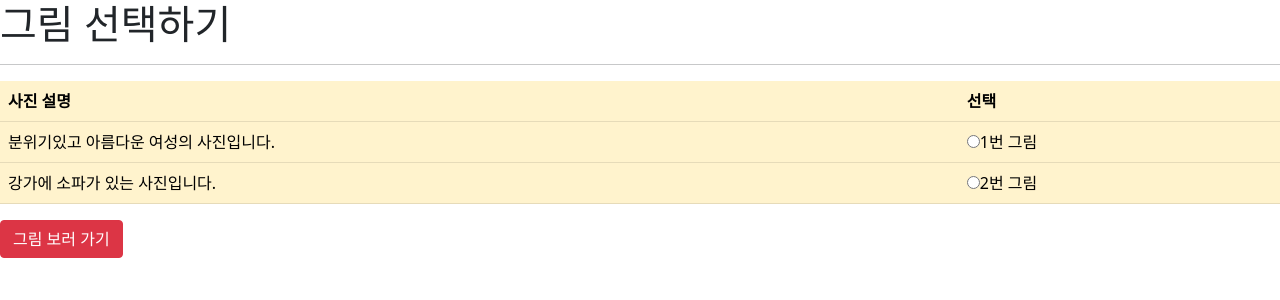
Repository: limbbbyoung/JSP_practice
Page: http://localhost/JSPbasic/jspobject/request/req_photo.jsp
These files come from the project's save history. The page is drawn as it stood at one moment and after the next save; the edit follows.
The browser window is 1280 px wide. The pictures show the whole page.
The page is served by Tomcat 9.

Above is the page before, as saved 2022-03-25 12:49:01.

### JSPbasic/src/main/webapp/jspobject/request/req_photo.jsp
<%@ page language="java" contentType="text/html; charset=UTF-8"
    pageEncoding="UTF-8"%>
<!DOCTYPE html>
<html>
<head>
<link href="https://cdn.jsdelivr.net/npm/bootstrap@5.1.3/dist/css/bootstrap.min.css" rel="stylesheet" integrity="sha384-1BmE4kWBq78iYhFldvKuhfTAU6auU8tT94WrHftjDbrCEXSU1oBoqyl2QvZ6jIW3" crossorigin="anonymous">
<meta charset="UTF-8">
<title>Insert title here</title>
</head>
<body>
    <%-- 아래에 폼을 만들어주세요.
    목적지는 함께 만든 req_photo_result.jsp
    테이블을 이용해 사진 제목, 체크박스를 만들어주세요.
    그리고 아래에 제출 버튼은 "그림 보러 가기"로 적어주시고
    해당 버튼을 눌렀을때 req_photo_result에 어떤 그림을 선택했는지
    체크박스로 구분해주시고, 구분한 그림에 맞는 사진이 결과페이지에 나오도록
    if~else문을 구성해주세요.
    그림파일은 <img src="그림파일명">을 이용해 출력가능합니다. --%>
     <form action="http://localhost:8181/JSPbasic/jspobject/request/req_photo_result.jsp" method="post">
     <h1>그림 선택하기</h1>
     <hr/>
      <table class="table table-border table-hover table-warning">
       <tr>
         <th>사진 설명</th>
         <th>선택</th>
       </tr>
       <tr>
         <td>분위기있고 아름다운 여성의 사진입니다.</td>
         <td><input type="radio" name="photo" value="1번그림">1번 그림 &nbsp;</td>
       </tr>
       <tr>
         <td>강가에 소파가 있는 사진입니다.</td>
         <td><input type="radio" name="photo" value="2번그림">2번 그림 &nbsp;</td>
       </tr>
    </table>
    <input type="submit" class="btn btn-danger" value="그림 보러 가기">
    </form>
</body>
</html>

After the next save:
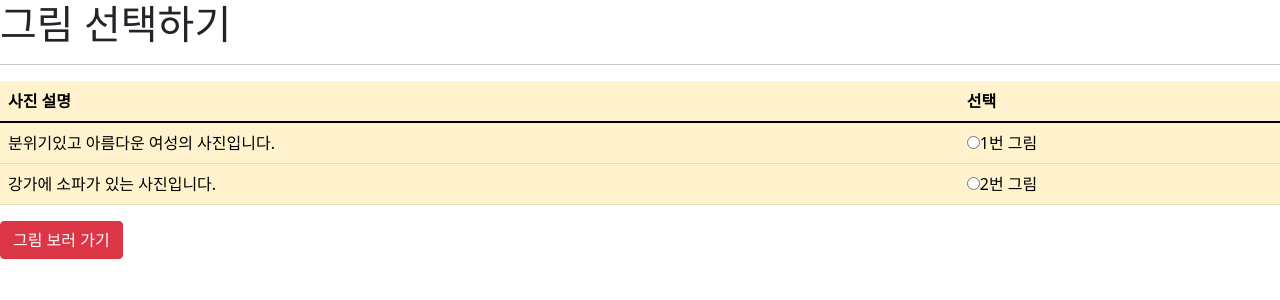
Saved 2 days later.
--- a/JSPbasic/src/main/webapp/jspobject/request/req_photo.jsp
+++ b/JSPbasic/src/main/webapp/jspobject/request/req_photo.jsp
@@ -20,10 +20,13 @@
      <h1>그림 선택하기</h1>
      <hr/>
       <table class="table table-border table-hover table-warning">
+       <thead>
        <tr>
          <th>사진 설명</th>
          <th>선택</th>
        </tr>
+       </thead>
+       <tbody>
        <tr>
          <td>분위기있고 아름다운 여성의 사진입니다.</td>
          <td><input type="radio" name="photo" value="1번그림">1번 그림 &nbsp;</td>
@@ -32,6 +35,7 @@
          <td>강가에 소파가 있는 사진입니다.</td>
          <td><input type="radio" name="photo" value="2번그림">2번 그림 &nbsp;</td>
        </tr>
+       </tbody>
     </table>
     <input type="submit" class="btn btn-danger" value="그림 보러 가기">
     </form>
